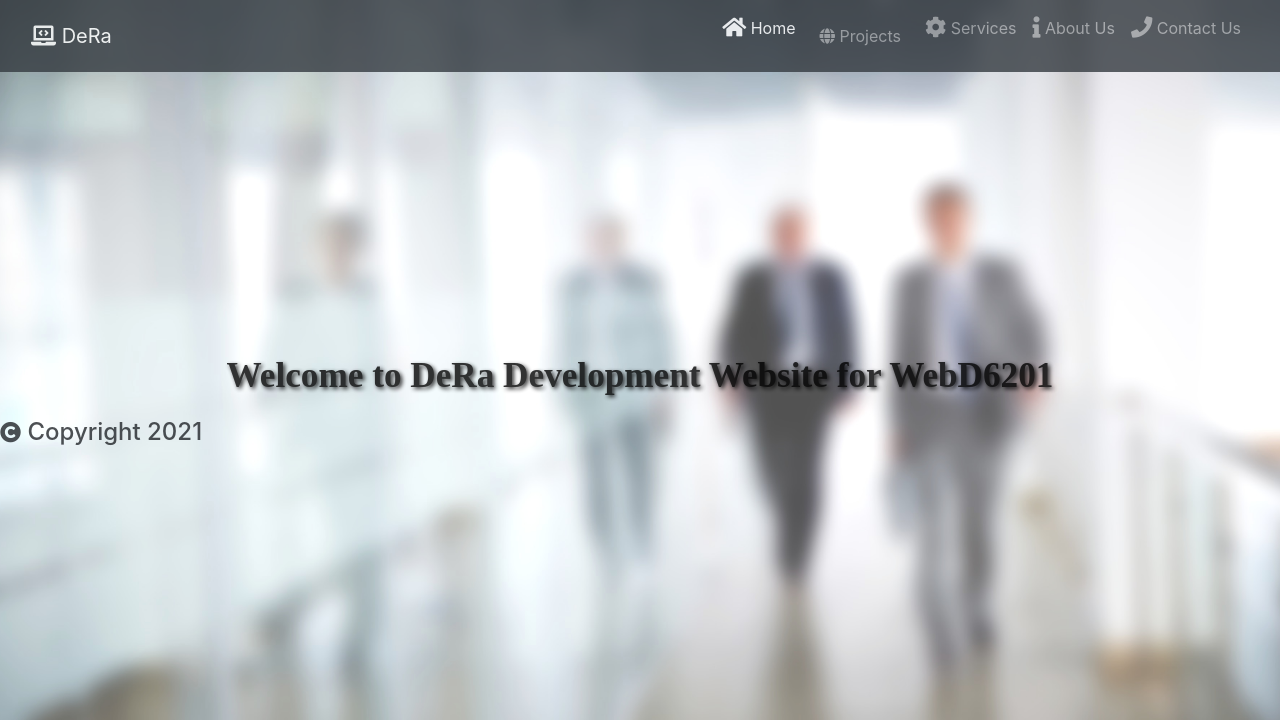
Repository: deividwsantoss/web6201-Lab1
Page: index.html
The author's editor kept a copy of each file at every save. The page is drawn from the files as they stood at one save, then again after the next save.
The browser window is 1280 px wide. The pictures show the whole page.

Above is the page before, as saved 2021-02-04 09:25:48.
Console error: TypeError: Cannot set properties of null (setting 'innerHTML')

### index.html
<!DOCTYPE html>
<html lang="en">
<head>
    <meta charset="UTF-8">
    <meta name="viewport" content="width=device-width, initial-scale=1.0">
    <title>Home</title>
</head>
<!-- CSS SECTION-->
<link rel="stylesheet" href="./node_modules/bootstrap/dist/css/bootstrap.min.css">
<link rel="stylesheet" href="./node_modules/@fortawesome/fontawesome-free/css/all.min.css">
<link rel="stylesheet" href="./Content/app.css">

<body class="bg">
    <!-- Main Header-->
    <header>
        <!-- Main Navegation-->
        <nav class="navbar navbar-expand-lg navbar-dark bg-dark">
            <div class="container-fluid">
              <a class="navbar-brand" href="Index.html"><i class="fas fa-laptop-code"></i> DeRa</a>
              <button class="navbar-toggler" type="button" data-bs-toggle="collapse" data-bs-target="#navbarSupportedContent" aria-controls="navbarSupportedContent" aria-expanded="false" aria-label="Toggle navigation">
                <span class="navbar-toggler-icon"></span>
              </button>
              <div class="collapse navbar-collapse" id="navbarSupportedContent">
                <ul class="navbar-nav ml-auto mb-2 mb-lg-0">
                  <li class="nav-item">
                    <a class="nav-link active" aria-current="page" href="Index.html"><i class="fas fa-home fa-lg"></i> Home</a>
                  </li>
                  <li class="nav-item">
                    <a id="prod" class="nav-link" aria-current="page" href="products.html"><i class="fas fa-globe" name="prod"></i> Products</a>
                  </li>
                  <li class="nav-item">
                    <a class="nav-link" aria-current="page" href="services.html"><i class="fas fa-cog fa-lg"></i> Services</a>
                  </li>
                  <li class="nav-item">
                    <a id="aboutId" class="nav-link" aria-current="page" href="about.html"><i class="fas fa-info fa-lg"></i> About Us</a>
                  </li>
                  <li class="nav-item">
                    <a class="nav-link" aria-current="page" href="contact.html"><i class="fas fa-phone fa-lg"></i> Contact Us</a>
                  </li>

                </ul>

              </div>
            </div>
          </nav>

    </header>

    <!-- Main Content-->
        <main class="container">
          <div class="text-md-center">

              <p id="paragraphOne"> </p>

          </div>
        </main>


        <!-- Main Footer-->

    <!--- Script Section-->
    <script src="./node_modules/jquery/dist/jquery.min.js"></script>
    <script src="./node_modules/bootstrap/dist/js/bootstrap.bundle.min.js"></script>
        <script src="./Scripts/app.js"></script>
</body>

</html>

### Content/app.css
/* Custom CSS goes here */

body,html{
    height: 100%;
    margin: 0;
}
.bg{
    background-image: url("Background-White.jpg");
    background-repeat: no-repeat;
    background-size: cover;
    background-position: center;
    opacity: 0.8;
}

.contactimage{
    background-image:url("contactimg.jpg");
    background-repeat: no-repeat;
    background-size: cover;
    background-position: center;
    opacity: 0.8;
}
.productsbg {
    background-image:url("productsbg.jpg");
    background-repeat: no-repeat;
    background-size: cover;
    background-position: center;
    opacity: 0.8;
}

.servicesbackgroud{
    background-image:url("services.jpg");
    background-repeat: repeat;
    background-size: cover;
    background-position: center;
    opacity: 0.8;
    height: 1000px;
}
.aboutus{
    background-image:url("bgimage.jpg");
    background-repeat: no-repeat;
    background-size: cover;
    background-position: center;
    opacity: 0.8;
}

#paragraphOne {
    color: black;
    font-size: 220%;
    margin-top: 25%;
    text-shadow: 2px 2px 4px #000;
    font-family: cursive;
    font-weight: bold;

}
h1{
    margin-top: 2%;
}

#custompg{
    width: 400px;

}

#projectsImg{
    width: 150px;
    margin-top: 10%;
}

#pic{
    width:310px; /* you can use % */
    height: auto;
}

#aboutmain{
    margin-top: 100px;
}
#dlParagraph{
    margin-top: 10%;
    margin-top: 10%;
    font-size: large;
    font-weight: bold;
}
#scotiaParagraph{
    margin-top: 10%;
    font-size: large;
    font-weight: bold;
}

### Scripts/app.js
/* Custom JavaScript goes here */


"use strict";

(function(){


    function addFooter(){
        //criando footer

        const body = document.body;
        let mainContent = document.getElementsByTagName("main")[0];
        const footerCR = document.createElement('footer');
        let footerNav = document.createElement('nav');
        let footerDiv = document.createElement('div')

        footerNav.innerHTML = `<h4 ><i class="fas fa-copyright fa-sm"></i> Copyright 2021 </h4>`;

        body.append(footerNav);
    }

    function Projects(){
        let productsElement = document.getElementById("prod");
        let prod = `<a id="prod" class="nav-link" aria-current="page" href="products.html"><i class="fas fa-globe" name="prod"></i> Projects</a>`;


        productsElement.innerHTML = prod;

        let prodNameElement = document.getElementById("prodName");
        let projectName = `<h1 id="prodName" class="text-center">Our Projects</h1>`

        prodNameElement.innerHTML = projectName;
    }
    function displayHome(){
        let paragraphOneText = "Welcome to DeRa Development Website for WebD6201";
        let paragraphOneElement = document.getElementById("paragraphOne");

        paragraphOneElement.textContent = paragraphOneText;
        paragraphOneElement.className = "fs-6 ";
    }
    function displayAbout(){

    }
    function displayProducts(){

        //deloitte
        let dlText = "DeRa is proud for leading the main developing project for DL."
        let dlElement = document.getElementById("dlParagraph");

        dlElement.textContent = dlText;

        let scotiaText = "Another Big company we are proud to have worked with"
        let scotiaElement = document.getElementById("scotiaParagraph");

        scotiaElement.textContent = scotiaText;

    }
    function displayServices(){

        //intro text
        let servicesIntroText = "DeRa Development can provide you the best customized solution for you";
        let servicesIntroElement = document.getElementById("serviceIntro");
        servicesIntroElement.textContent = servicesIntroText;

        // custom dev text
        let customParagraphText = "DeRa Development have been delivering successful custom programs to our clients since the date we were born. \nSince DeRa was born we have seen a rapid change in website technology which we were always able to adapt";
        let customParagraphElement = document.getElementById("customParagraph");

        customParagraphElement.textContent = customParagraphText;

        //mobile text
        mobileParagraphText = "We have the knowledge and skills to provide you the best quality solution for any kind of device. \nMobile development is one of our strengths."
        mobileParagraphElement = document.getElementById("mobileParagraph");

        mobileParagraphElement.textContent = mobileParagraphText;

        //design paragraph
        let webDesignParagraphText = "Our Web Design is awesome";
        let webDesignParagraphElement = document.getElementById("weDesignParagraph");
        webDesignParagraphElement.textContent = webDesignParagraphText;
    }
    function displayContact(){

        let messageArea = document.getElementById("messageArea");
        messageArea.hidden = true;

        //Form Validation...

        let fullName = document.getElementById("fullName");
        fullName.addEventListener("blur", function(){
            if(fullName.value.length < 2){
                fullName.focus;
                fullName.select();
                messageArea.hidden = false;
                messageArea.className = "alert alert-danger";
                messageArea.textContent = "Please, Enter an appropriate name."
            }
            else{
                messageArea.removeAttribute("Class");
                messageArea.hidden = true;
            }
        });

        //validating number
        let contactNumber = document.getElementById("contactNumber");
        contactNumber.addEventListener("blur", function(){

            if(contactNumber.value.length < 10 || contactNumber.value.length > 10 )
            {
                contactNumber.focus;
                contactNumber.select();
                messageArea.hidden = false;
                messageArea.className = "alert alert-danger";
                messageArea.textContent = "Please, Insert a valid Number";
            }
            else {
                messageArea.removeAttribute("Class");
                messageArea.hidden = true;
            }

        });

        // Validating short text
        let shortMessage = document.getElementById("shortMessage");
        shortMessage.addEventListener("blur", function(){

            if(shortMessage.value.length > 50){
                shortMessage.focus;
                shortMessage.select();
                messageArea.hidden = false;
                messageArea.className = "alert alert-danger";
                messageArea.textContent = "Maximum characters allowed (50)";
            }
            else{
                messageArea.removeAttribute("Class");
                messageArea.hidden = true;
            }
        });

        let sendButton = document.getElementById("sendButton");
        sendButton.addEventListener("click", function(event){
            event.preventDefault();
        });
        document.getElementById("sendButton").onclick = function (){
            location.href = "index.html"
        };

    }


    function Start(){
        console.log("App Start...");

        switch (document.title) {

            case 'Home':
                displayHome();
                break;
            case 'About':
                displayAbout();
                break;
            case 'Products':
                displayProducts();
                break;
            case 'Services':
                displayServices();
                break;
            case 'Contact':
                displayContact();
                break;

        }


    }
    window.addEventListener("load",addFooter);
    window.addEventListener("load",Projects);
    window.addEventListener("load",Start);

})();

Loaded but not shown: node_modules/bootstrap/dist/css/bootstrap.min.css (library); node_modules/@fortawesome/fontawesome-free/css/all.min.css (library); node_modules/jquery/dist/jquery.min.js (library); node_modules/bootstrap/dist/js/bootstrap.bundle.min.js (library)

After the next save:
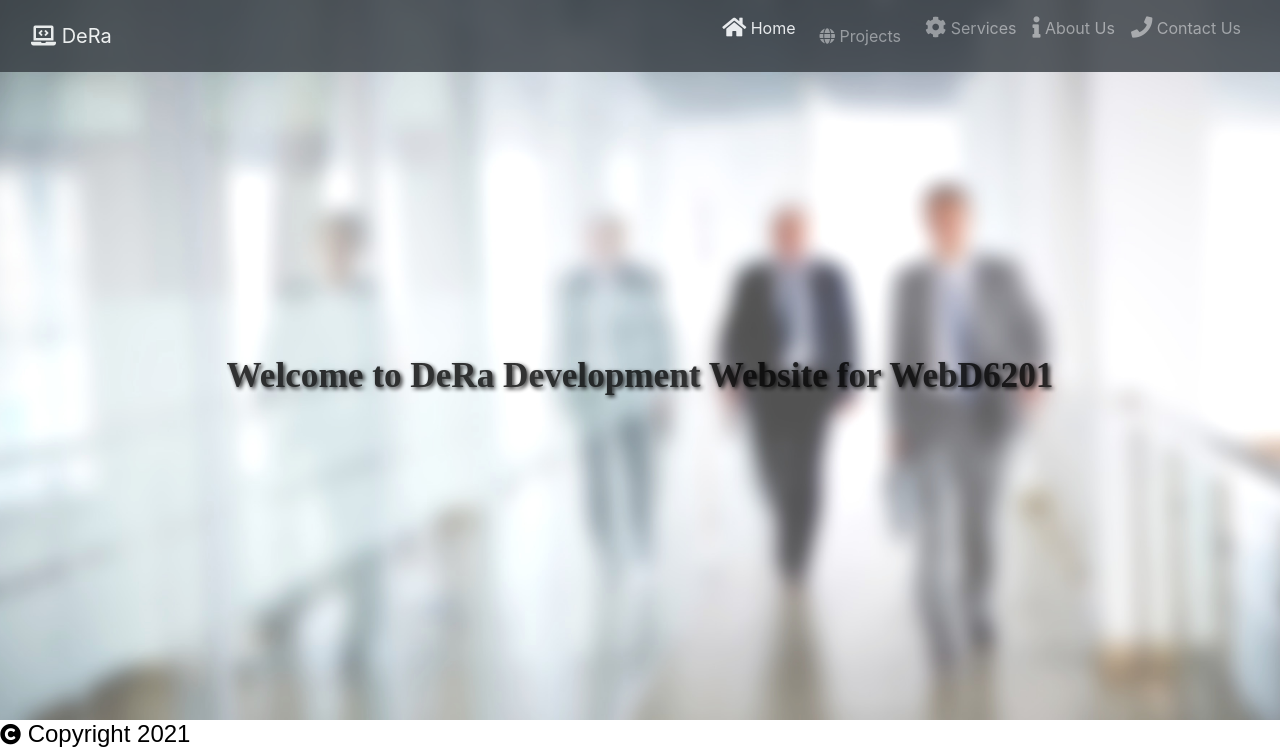
Saved 27 s later.
--- a/Scripts/app.js
+++ b/Scripts/app.js
@@ -17,7 +17,7 @@
 
         footerNav.innerHTML = `<h4 ><i class="fas fa-copyright fa-sm"></i> Copyright 2021 </h4>`;
 
-        body.append(footerNav);
+        body.after(footerNav);
     }
 
     function Projects(){
